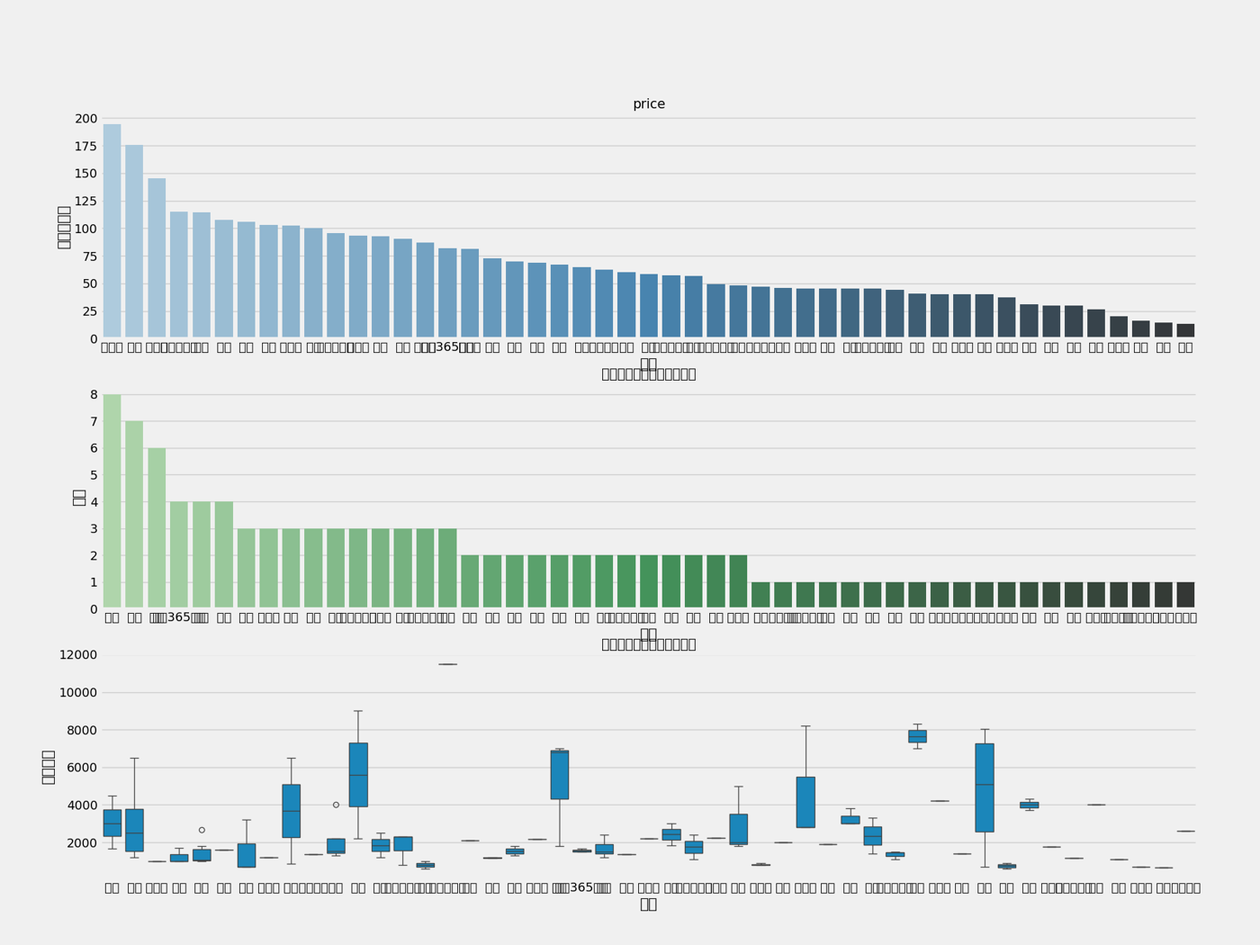
Repository: heavy-snowy/python
Script's output: python analy.py
The author's editor kept a copy of each file at every save. The script's output is drawn from the files as they stood at one save, then again after the next save.
The pictures are shown at 90% of full size.
Figures wider than 1,400 px are first shrunk to that width. Random numbers start from a fixed seed.

Above is the script's output before, as saved 2020-03-09 16:54:30.

After the next save:
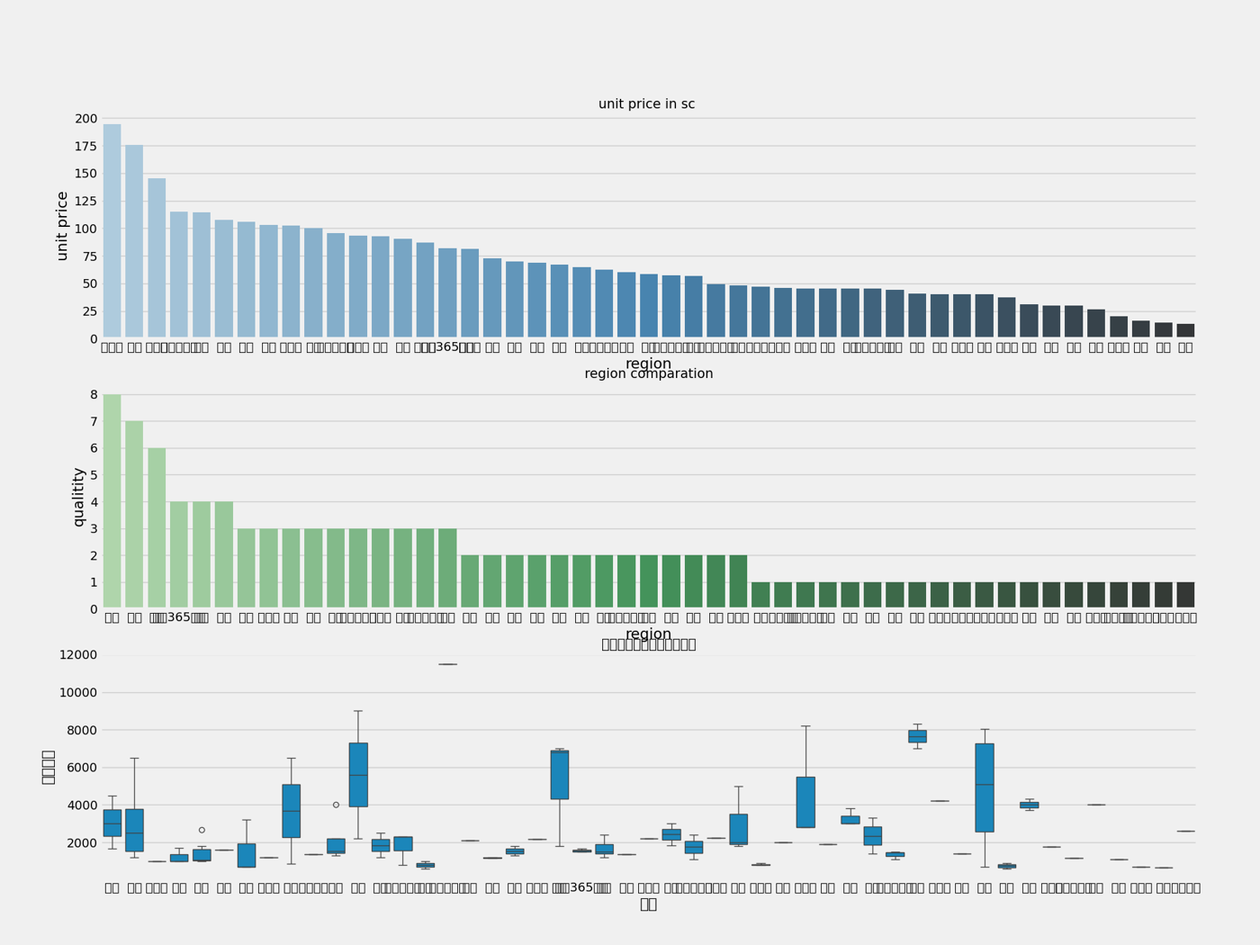
Saved 56 s later.
--- a/analy.py
+++ b/analy.py
@@ -39,14 +39,14 @@ df_house_mean = zf.groupby('Region')['perPrice'].mean().sort_values(ascending=Fa
 
 f, [ax1,ax2,ax3] = plt.subplots(3,1,figsize=(20,15))
 sns.barplot(x='Region', y='perPrice', palette="Blues_d", data=df_house_mean, ax=ax1)
-ax1.set_title('price',fontsize=15)
-ax1.set_xlabel('区域')
-ax1.set_ylabel('每平米单价')
+ax1.set_title('unit price in sc ',fontsize=15)
+ax1.set_xlabel('region')
+ax1.set_ylabel('unit price')
 
 sns.barplot(x='Region', y='price', palette="Greens_d", data=df_house_count, ax=ax2)
-ax2.set_title('北京各大区二手房数量对比',fontsize=15)
-ax2.set_xlabel('区域')
-ax2.set_ylabel('数量')
+ax2.set_title('region comparation',fontsize=15)
+ax2.set_xlabel('region')
+ax2.set_ylabel('qualitity')
 
 sns.boxplot(x='Region', y='price', data=zf, ax=ax3)
 ax3.set_title('北京各大区二手房房屋总价',fontsize=15)
